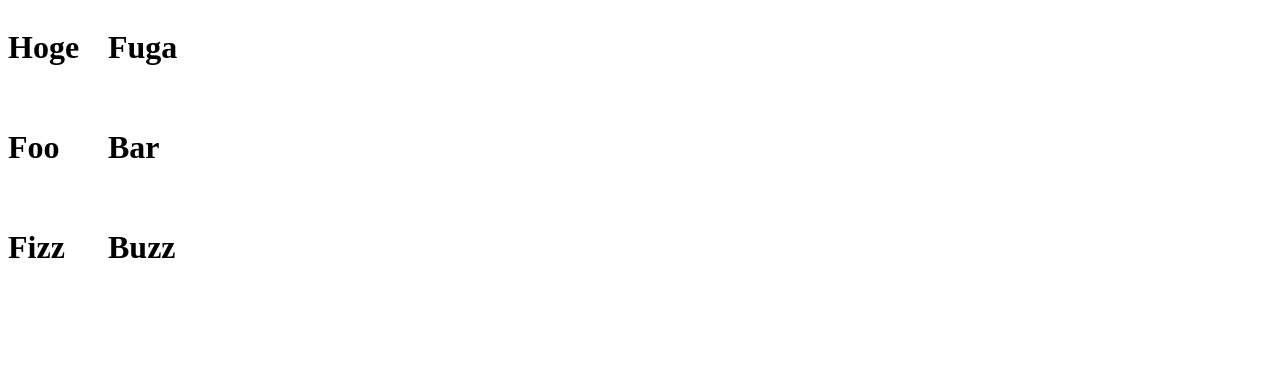
Repository: maihashi/samurai_HTML-CSS
Page: index.html
The author's editor kept a record of every edit. The page is drawn from the files as they stood at one moment, then again after the next edit.
The browser window is 1280 px wide. The pictures show the whole page.

Above is the page before.

After the next edit:
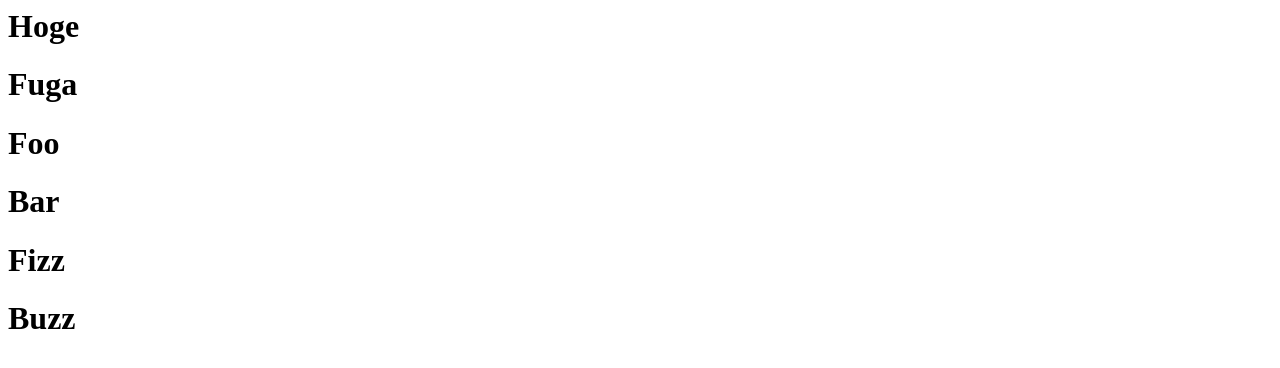
The edit:
--- a/index.html
+++ b/index.html
@@ -2,10 +2,20 @@
   <head>
       <meta name="viewport" content="width=device-width, initial-scale=1">
       <style>
-          #grid{
-            display: grid;
-            grid-template-columns: 100px 100px;
-            grid-template-rows: 100px 100px 100px;
+          .media{
+            background-color: blue;
+          }
+
+          @media screen and (min-width:480px){
+            .media{
+              background-color: red;
+            }
+          }
+
+            @media screen and (min-width:640px){
+              .media{
+                background-color: green;
+            }
           }
       </style>
   </head>
